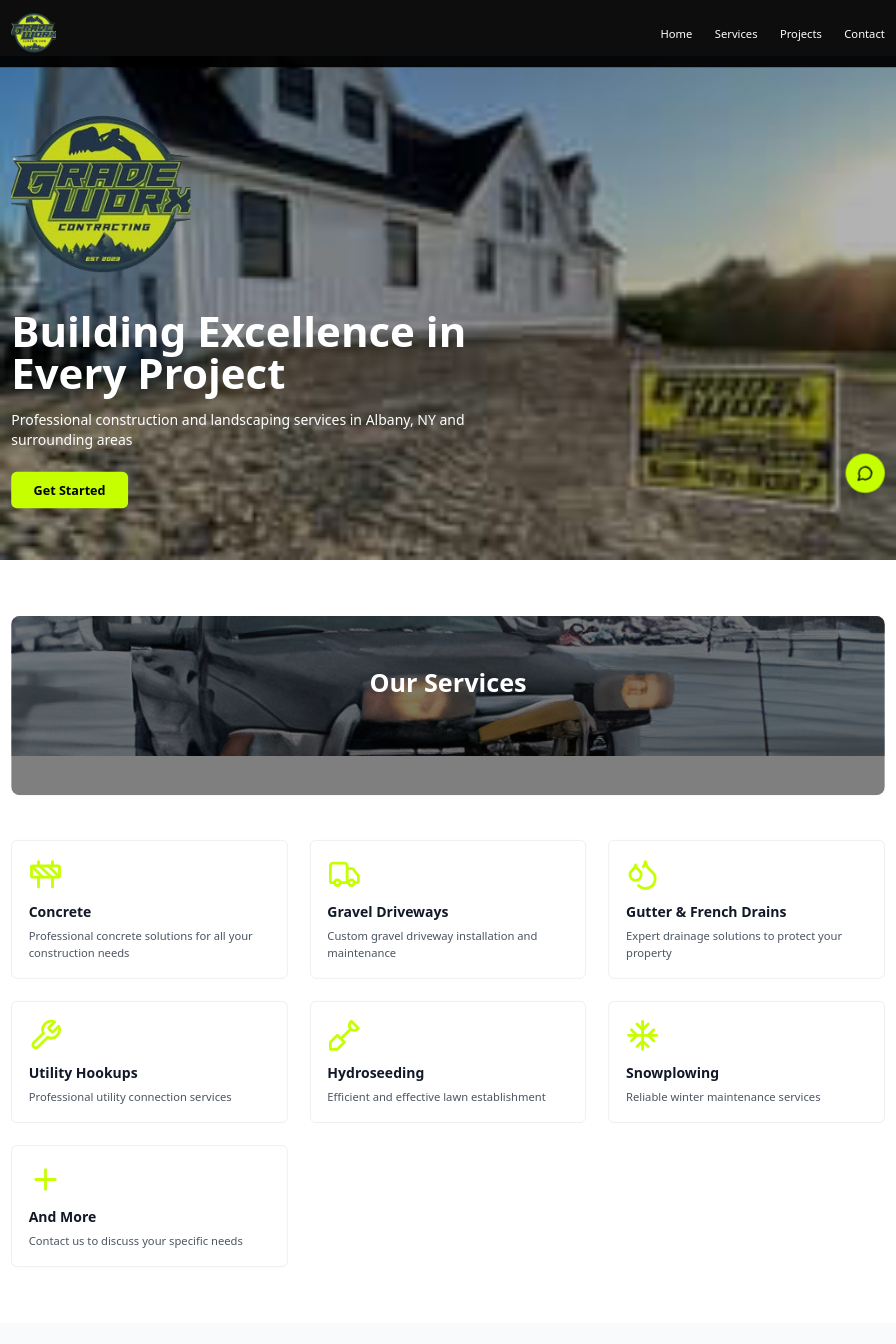
Repository: gabe126679/GradeWorx
Page: /
These files come from the project's save history. The page is drawn as it stood at one moment and after the next save; the edit follows.
The browser window is 1280 px wide. The pictures show the part of the page from y = 0 to 1920 px (the page is 3566 px tall), at 70% of full size.
The project was rebuilt for these pictures with package versions that can differ from the ones it lists, and the page was loaded fresh each time. Also part of the build but not shown: vite.config.ts.

Above is the page before, as saved 2024-12-16 00:04:25.

After the next save:
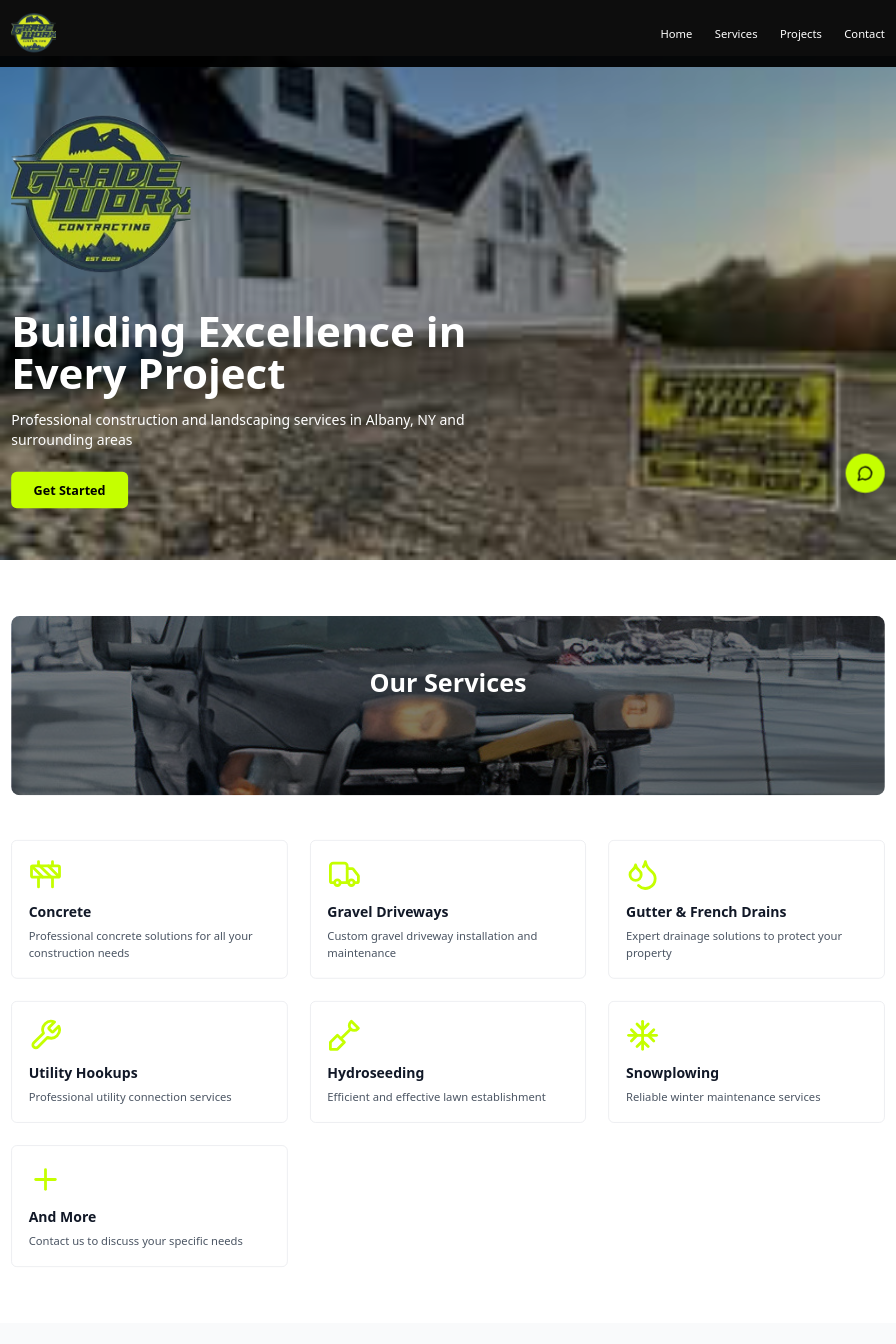
Saved 6 s later.
--- a/src/pages/Services.tsx
+++ b/src/pages/Services.tsx
@@ -11,7 +11,7 @@
           src="/images/service1.jpg"
           alt="Our Services"
           className="w-full h-full object-cover"
-          style={{ width: '100%', height: '200px', objectFit: 'cover' }}
+          style={{ width: '100%', height: '100%', objectFit: 'cover' }}
         />
         <div className="absolute inset-0 bg-black/50 flex items-center justify-center">
           <SectionTitle className="text-white mb-0">Our Services</SectionTitle>
